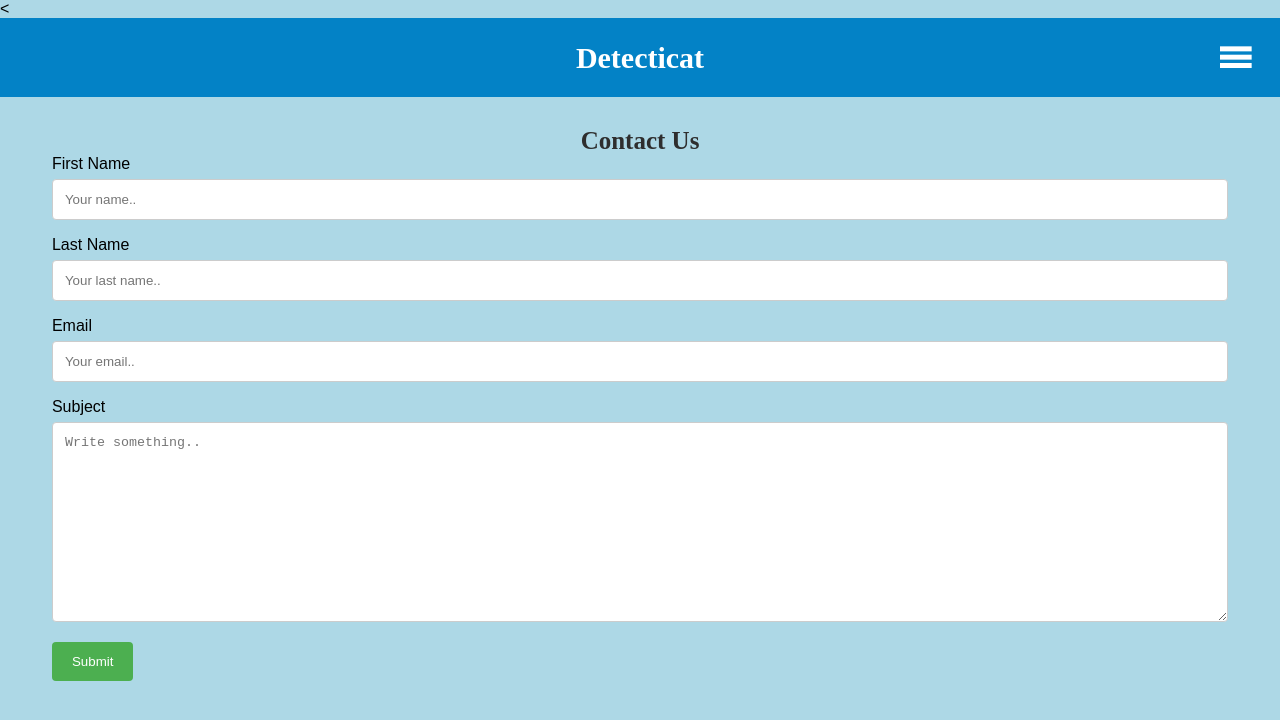
Repository: cynthiahcheng/Detecticat
Page: contact page/contact-us.html
The author's editor kept a copy of each file at every save. The page is drawn from the files as they stood at one save, then again after the next save.
The browser window is 1280 px wide. The pictures show the whole page.

Above is the page before, as saved 2020-03-14 20:33:57.

After the next save:
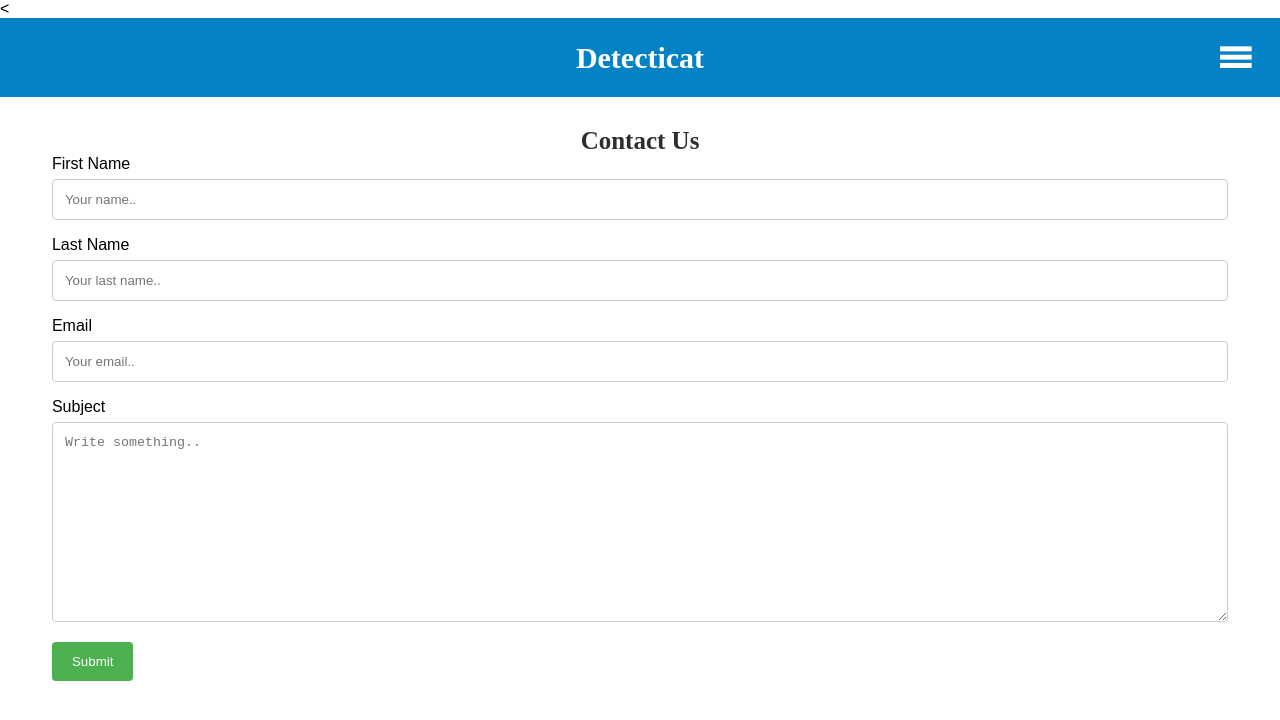
Saved 60 s later.
--- a/contact page/contact-us.css
+++ b/contact page/contact-us.css
@@ -34,7 +34,6 @@
 body, html {
     margin:0;
     padding:0;
-    background-color:lightblue;
 }
 
 .header {
@@ -98,8 +97,12 @@
     color:white;
     margin-top:40px;
     padding:15px 50px 15px 18px;
+}
+
+.nav_items {
     cursor:pointer;
 }
+
 
 /* #app {
     background-color:lightblue;

After the save that followed:
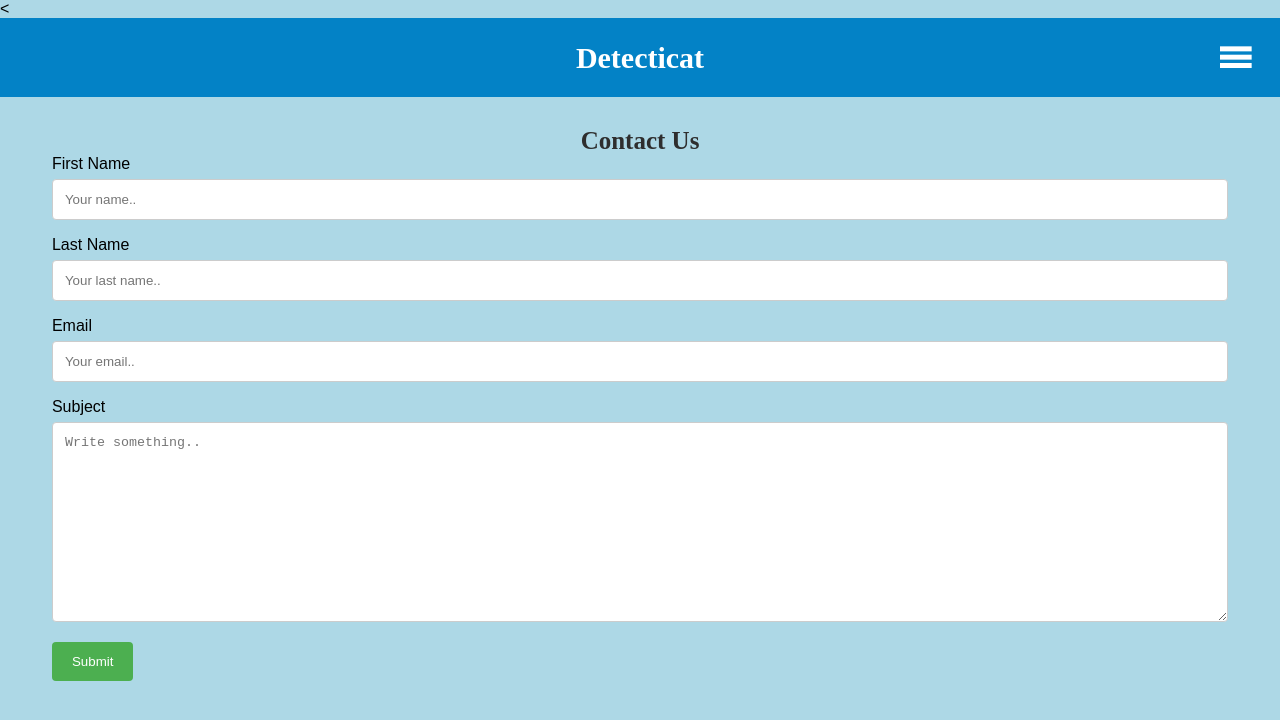
Saved 14 s later.
--- a/contact page/contact-us.css
+++ b/contact page/contact-us.css
@@ -34,6 +34,7 @@
 body, html {
     margin:0;
     padding:0;
+    background-color:lightblue;
 }
 
 .header {
@@ -97,12 +98,8 @@
     color:white;
     margin-top:40px;
     padding:15px 50px 15px 18px;
-}
-
-.nav_items {
     cursor:pointer;
 }
-
 
 /* #app {
     background-color:lightblue;
